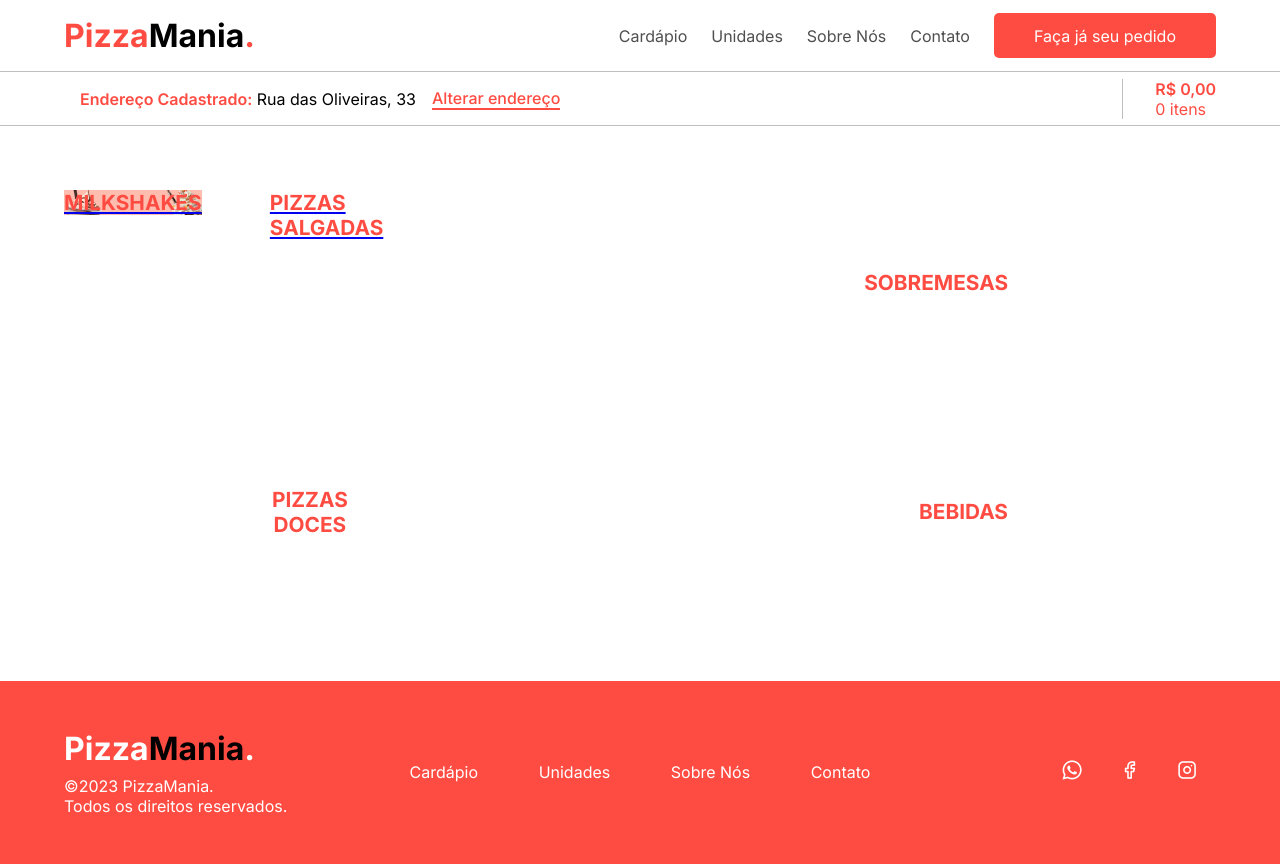
Repository: lucas-albuq/PizzaMania
Page: assets/pages/cardapio.html
The author's editor kept a copy of each file at every save. The page is drawn from the files as they stood at one save, then again after a run of saves.
The browser window is 1280 px wide. The pictures show the whole page.
Some icons come from a web library that is not loaded, so they are not drawn. Some web libraries are served in a nearby version.

Above is the page before, as saved 2024-01-04 21:06:33.

After the next 4 saves:
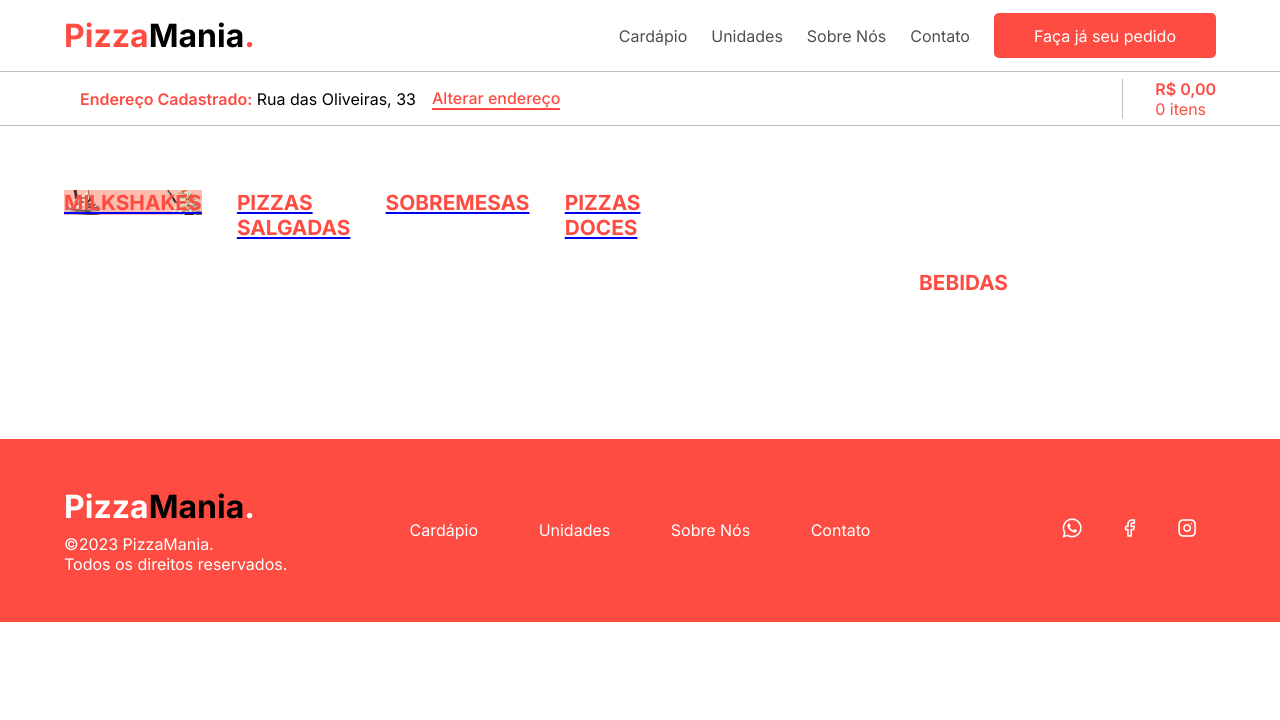
The 4 saves are shown as one change because they came seconds apart.
The last was saved 10 s later.
--- a/assets/pages/cardapio.html
+++ b/assets/pages/cardapio.html
@@ -23,20 +23,18 @@
                 </div>
             </a>
             <a href="#">
-
+                <div class="sobremesas">
+                    <h2>Sobremesas</h2>
+                </div>
+            </a>
+            <a href="#">
+                <div class="pizzas-doces">
+                    <h2>Pizzas <br>Doces</h2>
+                </div>
             </a>
             <a href="#">
 
             </a>
-            <a href="#">
-
-            </a>
-            <div class="sobremesas">
-                <h2>Sobremesas</h2>
-            </div>
-            <div class="pizzas-doces">
-                <h2>Pizzas <br>Doces</h2>
-            </div>
             <div class="bebidas">
                 <h2>Bebidas</h2>
             </div>
